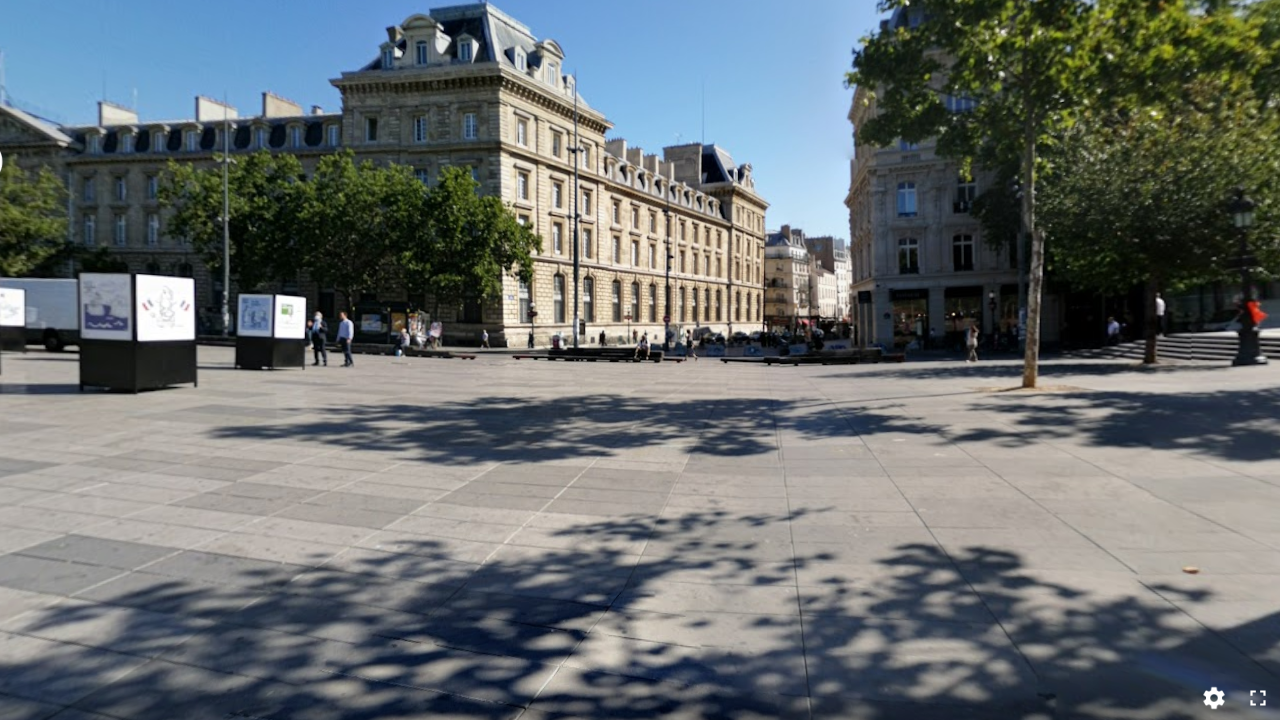
Repository: mir-ak/360View
Page: index.html
An editor plug-in stored every save of this project. The page is shown before and after the next save, followed by the edit.
The browser window is 1280 px wide. The pictures show the whole page.

Above is the page before, as saved 2022-11-06 17:19:26.

After the next save:
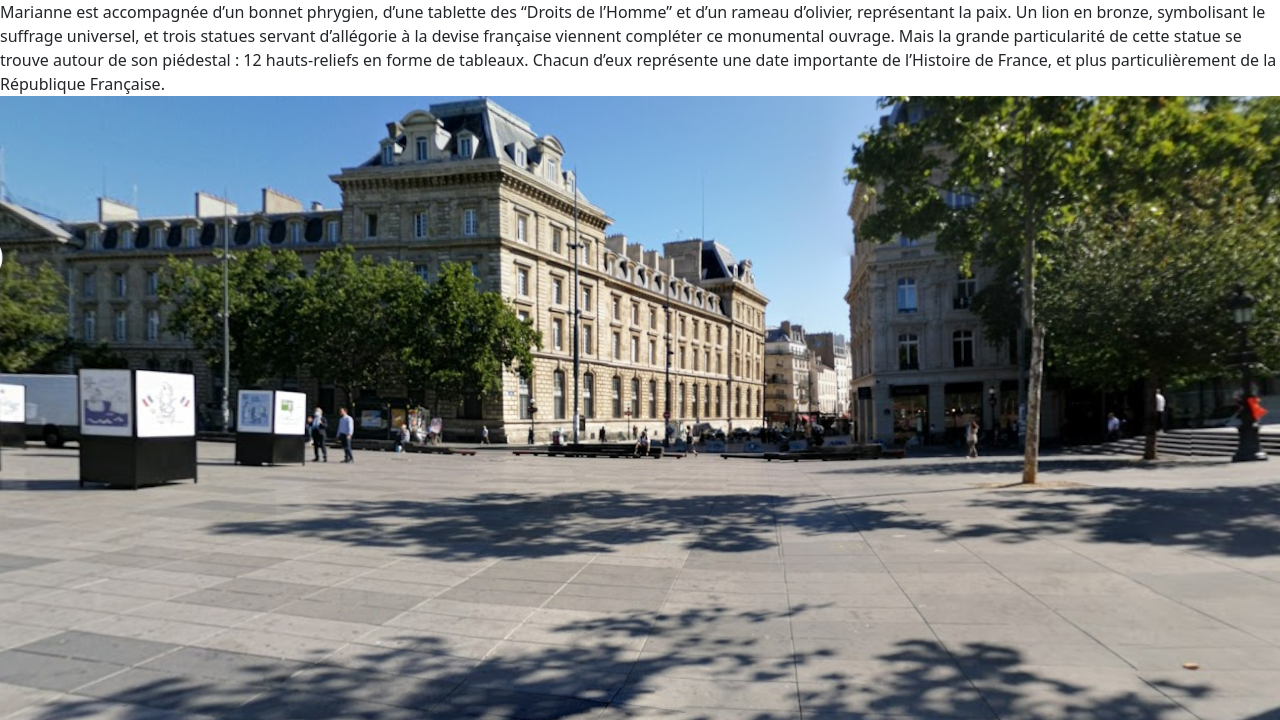
Saved 19 s later.
--- a/index.html
+++ b/index.html
@@ -30,33 +30,18 @@
     <div id='base_republique' style="width: 18rem;display: none ">
       <h2 style="color: black;">Liberté, Fraternité, Egalité</h2>
     </div>
-    <div id='statue_republique' style="display: none ">
+    <div id='statue_republique' style="display: block ">
       Marianne est accompagnée d’un bonnet phrygien, d’une tablette des “Droits de l’Homme” et d’un rameau d’olivier, représentant la paix. Un lion en bronze, symbolisant le suffrage universel, et trois statues servant d’allégorie à la devise française viennent compléter ce monumental ouvrage. Mais la grande particularité de cette statue se trouve autour de son piédestal : 12 hauts-reliefs en forme de tableaux. Chacun d’eux représente une date importante de l’Histoire de France, et plus particulièrement de la République Française.
     </div>
     <div id='banque' style="display: none ">
       <img src="image/banque.jpeg" />
     </div>
     <div id='Camaieu' style="width: 18rem;display: none ">
-      <h5 style="color:white ; "><a href="https://magasins.camaieu.fr/paris/paris/13-place-de-la-republique" target="_blank">Camaieu</a></h5>
+      <h5 style="color:white ;"><a href="https://magasins.camaieu.fr/paris/paris/13-place-de-la-republique" target="_blank">Camaieu</a></h5>
     </div>
     <div id='Rayon' style="width: 18rem;display: none ">
       <h5 style="color:white ;"><a href="http://www.rayondor-bagages.fr/" target="_blank">Rayon d'Or Bagages République</a></h5>
     </div>
-
-    <div id="test" style="width: 18rem;display: none">
-      <img src="..." class="card-img-top" alt="...">
-      <div class="card-body">
-        <h5 class="card-title">Card title</h5>
-        <p class="card-text">Some quick example text to build on the card title and make up the bulk of the card's content.</p>
-        <a href="#" class="btn btn-primary">Go somewhere</a>
-      </div>
-    </div>
-
-
-
-
-
-
 
 
 

After the save that followed:
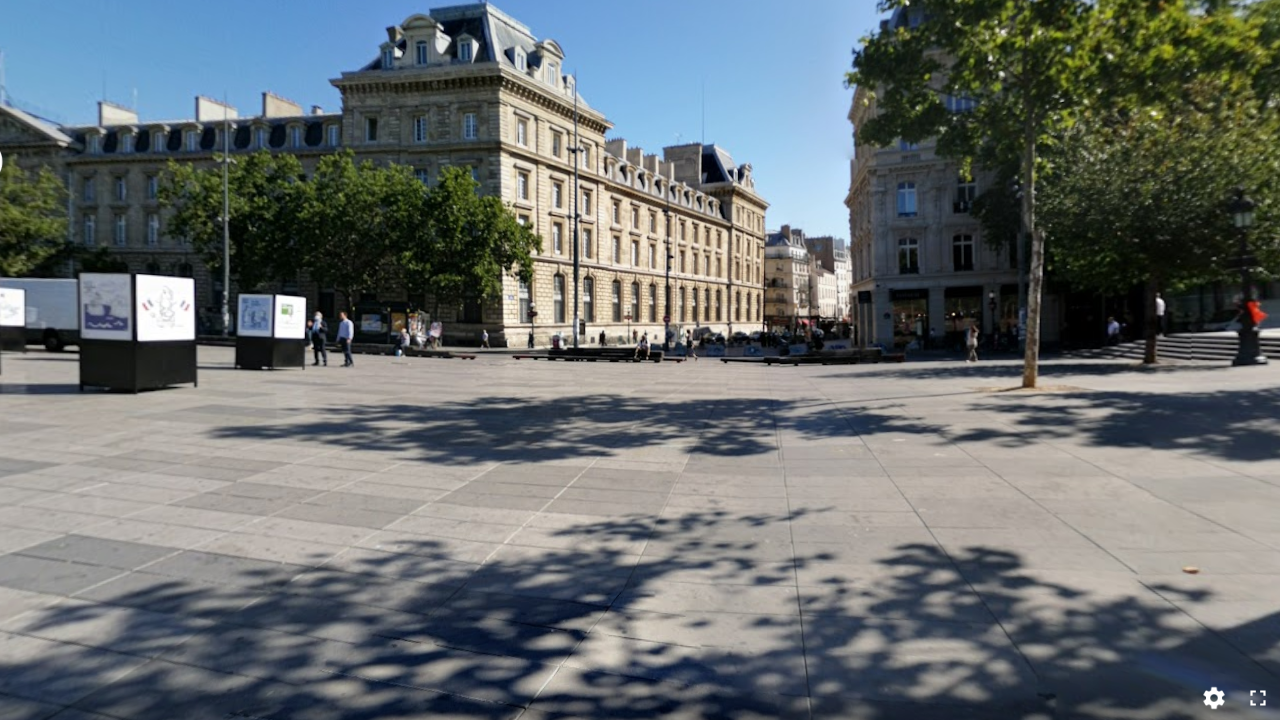
Saved 12 s later.
--- a/index.html
+++ b/index.html
@@ -30,7 +30,7 @@
     <div id='base_republique' style="width: 18rem;display: none ">
       <h2 style="color: black;">Liberté, Fraternité, Egalité</h2>
     </div>
-    <div id='statue_republique' style="display: block ">
+    <div id='statue_republique' style="display: none ">
       Marianne est accompagnée d’un bonnet phrygien, d’une tablette des “Droits de l’Homme” et d’un rameau d’olivier, représentant la paix. Un lion en bronze, symbolisant le suffrage universel, et trois statues servant d’allégorie à la devise française viennent compléter ce monumental ouvrage. Mais la grande particularité de cette statue se trouve autour de son piédestal : 12 hauts-reliefs en forme de tableaux. Chacun d’eux représente une date importante de l’Histoire de France, et plus particulièrement de la République Française.
     </div>
     <div id='banque' style="display: none ">
